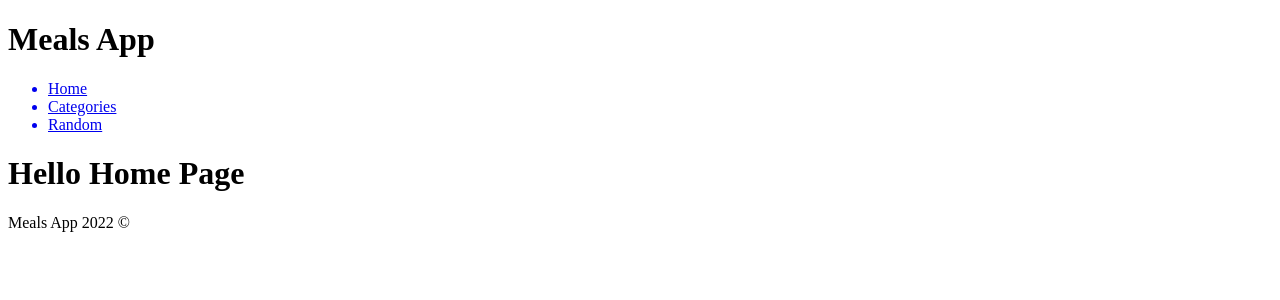
Repository: Shahriddinov/Meals
Page: /
The author's editor kept a copy of each file at every save. The page is drawn from the files as they stood at one save, then again after the next save.
The browser window is 1280 px wide. The pictures show the whole page.
The project was rebuilt for these pictures with package versions that can differ from the ones it lists, and the page was loaded fresh each time. Also part of the build but not shown: src/components/Categories/Categories.js, src/components/RandomMeal/RandomMeal.js.

Above is the page before, as saved 2022-03-21 16:29:48.

### src/index.js
import React from 'react';
import ReactDOM from 'react-dom';
import { BrowserRouter } from 'react-router-dom';
import App from './App';
import { AppContext } from './components/context/context';

ReactDOM.render(
  <React.StrictMode>
    <BrowserRouter>
    <AppContext>
      <App />
    </AppContext>
    </BrowserRouter>

  </React.StrictMode>,
  document.getElementById('root')
);

### src/App.js
import React from 'react';
import { Footer } from './components/Footer/Footer';
import Navbar from './components/Navbar/Navbar';
import HomePage from './components/HomePage/HomePage'
import Categories from './components/Categories/Categories'
import RandomMeal from './components/RandomMeal/RandomMeal'
import {BrowserRouter,  Routes, Route} from 'react-router-dom'

function App(props) {
    return (
        <div>
         <Navbar />

         <Routes>
          <Route  path="/" element={<HomePage/>} />
          <Route  path="/categories" element={<Categories/>}/>
          <Route  path="/random" element={<RandomMeal/>} />
          </Routes>
          <Footer/>
        </div>
    );
}

export default App;

### src/components/context/context.js
import React, {createContext} from 'react'

const myContext = createContext();

export const AppContext  = ({children}) =>{
  return <myContext.Provider>{children}</myContext.Provider>

}

### src/components/Footer/Footer.js
import React from 'react'

export const Footer = () => {
  return (
    <div className="footer">
       <p>Meals <span>App</span> 2022 &copy;</p>
    </div>
  )
}

### src/components/Navbar/Navbar.js
import React from 'react'
import {Link} from 'react-router-dom'
const Navbar = () => {
  return (
    <div className="navbar">
      <div className="navbar-heading">
          <h1>Meals <span>App</span></h1>
      </div>
      <div className="navbar-links">
          <ul>
           <Link to="/"><li>Home</li></Link>
           <Link to="/categories"><li>Categories</li></Link>
           <Link to="/random"><li>Random</li></Link>
          </ul>
      </div>
    </div>
  )
}

export default Navbar

### src/components/HomePage/HomePage.js
import React from 'react'

function HomePage() {
  return (
    <div>
      <h1>Hello Home Page</h1>
    </div>
  )
}

export default HomePage

Loaded but not shown: public/index.html (common file)

After the next save:
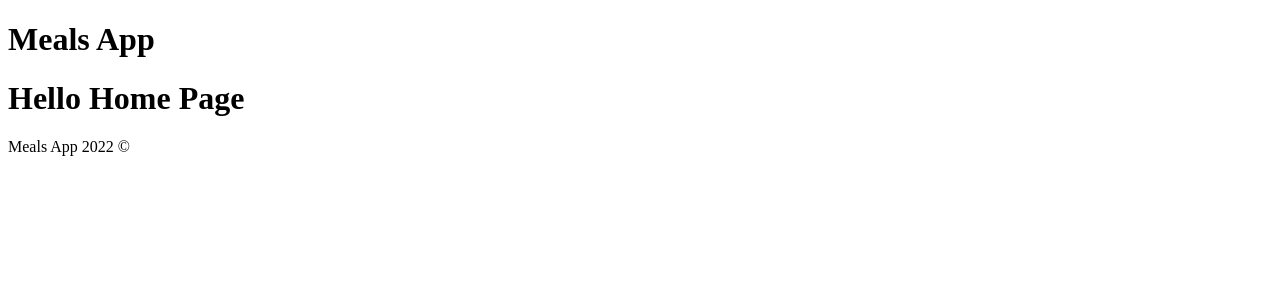
Saved 3 min 39 s later.
--- a/src/components/Navbar/Navbar.js
+++ b/src/components/Navbar/Navbar.js
@@ -8,9 +8,15 @@
       </div>
       <div className="navbar-links">
           <ul>
-           <Link to="/"><li>Home</li></Link>
-           <Link to="/categories"><li>Categories</li></Link>
-           <Link to="/random"><li>Random</li></Link>
+           <Link to="/">
+             {""}
+           </Link>
+           <Link to="/categories">
+             {""}
+             </Link>
+           <Link to="/random">
+             {""}
+             </Link>
           </ul>
       </div>
     </div>

After the save that followed:
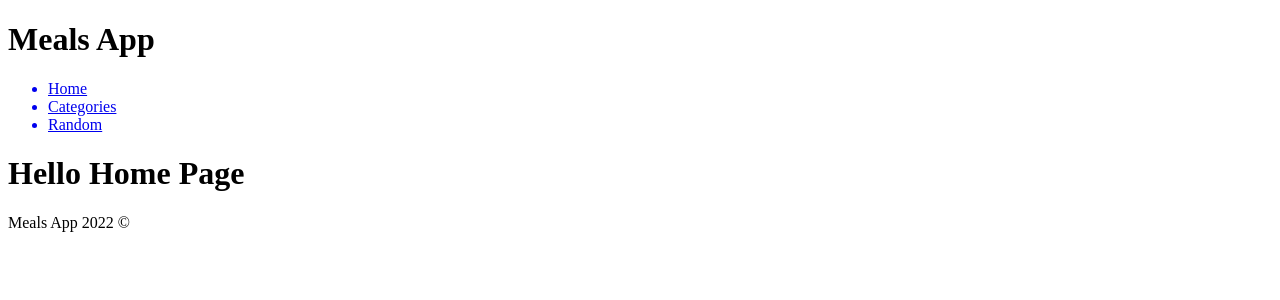
Saved 53 s later.
--- a/src/components/Navbar/Navbar.js
+++ b/src/components/Navbar/Navbar.js
@@ -10,13 +10,13 @@
           <ul>
            <Link to="/">
              {""}
-           </Link>
+             <li>Home</li></Link>
            <Link to="/categories">
              {""}
-             </Link>
+             <li>Categories</li></Link>
            <Link to="/random">
              {""}
-             </Link>
+             <li>Random</li></Link>
           </ul>
       </div>
     </div>
